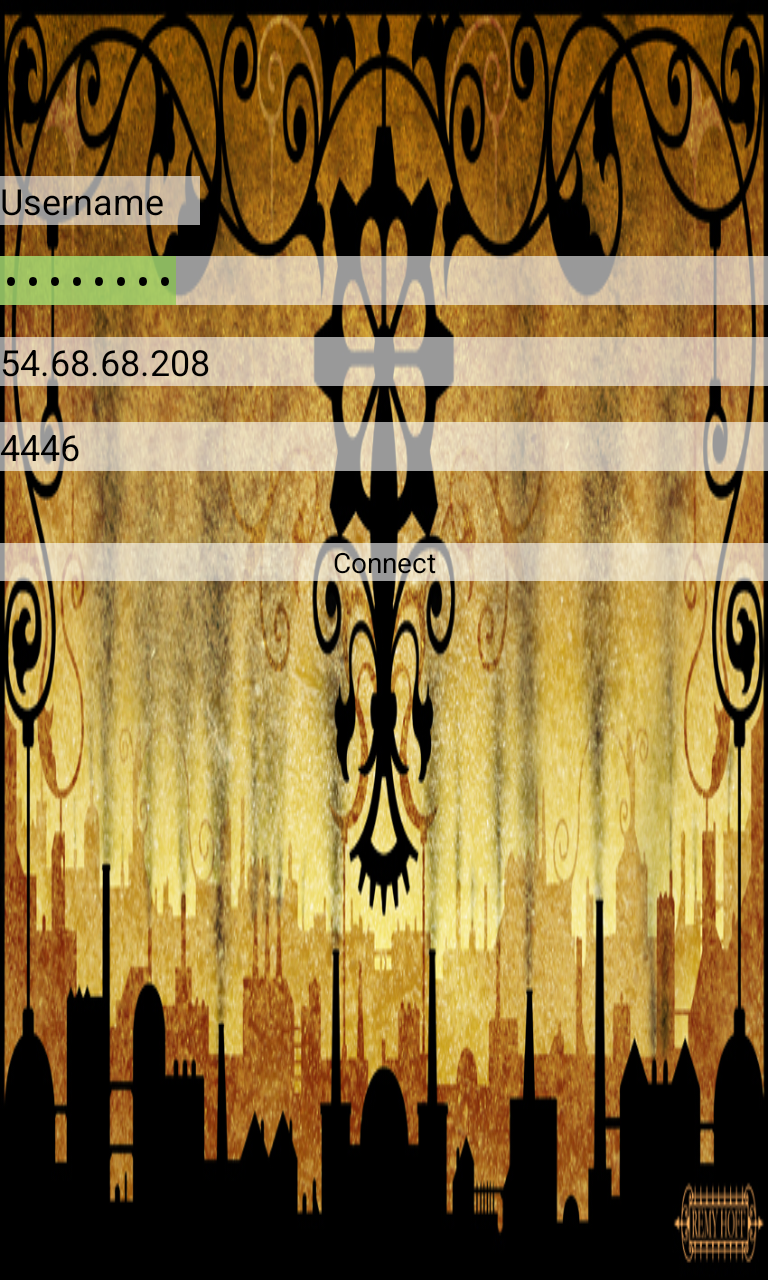
Repository: jkrepps/CSCE-482
Layout: Mobile Client (eclipse)/Industry of Deciet/res/layout/mains.xml
The author's editor kept a copy of each file at every save. The layout is drawn from the files as they stood at one save, then again after the next save.
It is drawn on a 768 x 1280 px phone screen (xhdpi) without system bars, with theme AppTheme; the app's code is not run.

Above is the layout before, as saved 2014-12-03 10:39:53.

### Mobile Client (eclipse)/Industry of Deciet/res/layout/mains.xml
<?xml version="1.0" encoding="utf-8"?>
<FrameLayout xmlns:android="http://schemas.android.com/apk/res/android"
    android:layout_width="match_parent"
    android:layout_height="match_parent"
    android:background="@drawable/background_opening"
    android:theme="@android:style/Theme.NoTitleBar"
    >

    <!-- android:background="#0099cc"
         The primary full-screen view. This can be replaced with whatever view
         is needed to present your content, e.g. VideoView, SurfaceView,
         TextureView, etc.

    -->

    <!--
         This FrameLayout insets its children based on system windows using
         android:fitsSystemWindows.
    -->

    <RelativeLayout
        android:layout_width="match_parent"
        android:layout_height="match_parent" >

        <EditText
            android:id="@+id/editText3"
            android:layout_width="match_parent"
            android:layout_height="wrap_content"
            android:layout_alignParentLeft="true"
            android:layout_below="@+id/editText2"
            android:layout_marginTop="16dp"
            android:textColor="#FF000000"
            android:background="#99FFFFFF"
            android:ems="10"
            android:inputType="textPersonName"
            android:text="@string/IP" />

        <EditText
            android:id="@+id/editText4"
            android:layout_width="match_parent"
            android:layout_height="wrap_content"
            android:layout_alignParentLeft="true"
            android:layout_below="@+id/editText3"
            android:layout_marginTop="18dp"
            android:textColor="#FF000000"
            android:background="#99FFFFFF"
            android:ems="10"
            android:inputType="textPersonName"
            android:text="@string/Port" />

        <EditText
            android:id="@+id/editText2"
            android:layout_width="match_parent"
            android:layout_height="wrap_content"
            android:layout_alignParentLeft="true"
            android:layout_alignParentTop="true"
            android:layout_marginTop="128dp"
            android:background="#99FFFFFF"
            android:ems="10"
            android:inputType="textPassword"
            android:selectAllOnFocus="true"
            android:text="Password"
            android:textColor="#FF000000" >

            <requestFocus />
        </EditText>

        <Button
            android:id="@+id/button1"
            android:layout_width="match_parent"
            android:layout_height="wrap_content"
            android:layout_alignParentLeft="true"
            android:layout_below="@+id/editText4"
            android:layout_marginTop="36dp"
            android:background="#99FFFFFF"
            android:text="@string/button_main_menu"
            android:textColor="#FF000000" />

        <EditText
            android:id="@+id/editText1"
            style="@drawable/roundededittext"
            android:layout_width="200px"
            android:layout_height="wrap_content"
            android:layout_alignBottom="@+id/editText2"
            android:layout_alignParentLeft="true"
            android:layout_marginBottom="40dp"
            android:background="#99FFFFFF"
            android:inputType="textPersonName"
            android:selectAllOnFocus="true"
            android:text="Username"
            android:textColor="#FF000000" />

    </RelativeLayout>

</FrameLayout>

### Mobile Client (eclipse)/Industry of Deciet/res/values/strings.xml
<?xml version="1.0" encoding="utf-8"?>
<resources>

    <string name="app_name">Industry of Deceit</string>
    <string name="dummy_button">Dummy Button</string>
    <string name="dummy_content">DUMMY\nCONTENT</string>
    <string name="hello_world">Hello world!</string>
    <string name="userText">Enter Text </string>
    <string name="menu_settings">Settings</string>
    <string name="username">yo</string>
    <string name="password">hihi</string>
    <string name="IP">54.68.68.208 </string>
    <string name="Port">4446 </string>
    <string name="button_main_menu">Connect</string>
    <string name="Centered"></string>

</resources>

### Mobile Client (eclipse)/Industry of Deciet/res/drawable-hdpi/roundededittext.xml
<?xml version="1.0" encoding="utf-8"?>
<!--  res/drawable/rounded_edittext.xml -->
<shape xmlns:android="http://schemas.android.com/apk/res/android"
android:shape="rectangle" android:padding="10dp">
 <solid android:color="#FFFFFF"/>
    <corners
     android:bottomRightRadius="15dp"
     android:bottomLeftRadius="15dp"
  android:topLeftRadius="15dp"
  android:topRightRadius="15dp"/>
</shape>

Loaded but not shown: Mobile Client (eclipse)/Industry of Deciet/res/values/styles.xml (common file); Mobile Client (eclipse)/Industry of Deciet/res/values-v11/styles.xml (common file); Mobile Client (eclipse)/Industry of Deciet/res/values-v14/styles.xml (common file)

After the next save:
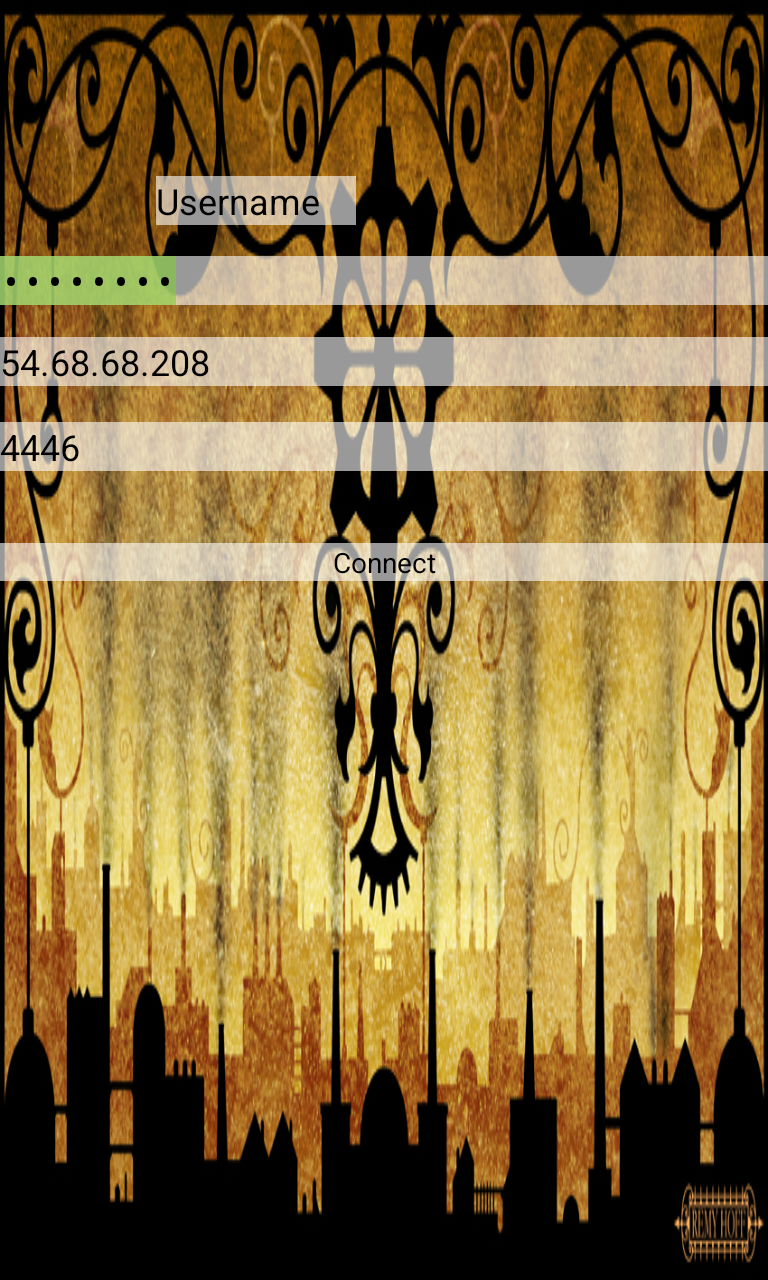
Saved 11 s later.
--- a/Mobile Client (eclipse)/Industry of Deciet/res/layout/mains.xml
+++ b/Mobile Client (eclipse)/Industry of Deciet/res/layout/mains.xml
@@ -84,7 +84,9 @@
             android:layout_alignBottom="@+id/editText2"
             android:layout_alignParentLeft="true"
             android:layout_marginBottom="40dp"
+            android:layout_marginLeft="78dp"
             android:background="#99FFFFFF"
+            android:ems="10"
             android:inputType="textPersonName"
             android:selectAllOnFocus="true"
             android:text="Username"
